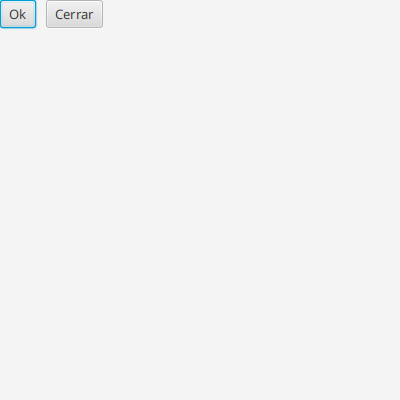
Repository: anxoportela/PROG
Program's window: java Java_Interfaz/ProyectoJavaFX/src/com/acarballeira/javaFX/ejemplo6/App.java
The author's editor kept a copy of each file at every save. The program's window is drawn from the files as they stood at one save, then again after the next save.
It runs on Java 21 on a 1366 x 768 screen with JavaFX 11; the title bar is not drawn.

Above is the program's window before, as saved 2020-03-04 20:33:07.

After the next save:
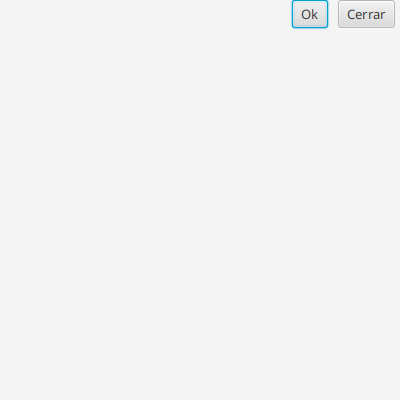
Saved 47 s later.
--- a/Java_Interfaz/ProyectoJavaFX/src/com/acarballeira/javaFX/ejemplo6/App.java
+++ b/Java_Interfaz/ProyectoJavaFX/src/com/acarballeira/javaFX/ejemplo6/App.java
@@ -25,6 +25,8 @@
 		hbox.getChildren().addAll(btnOk, btnClose);
 		hbox.setSpacing(10);
 
+		AnchorPane.setRightAnchor(hbox, 5d);
+
 		root.getChildren().add(hbox);
 
 		Scene primaryScene = new Scene(root, 400, 400);
